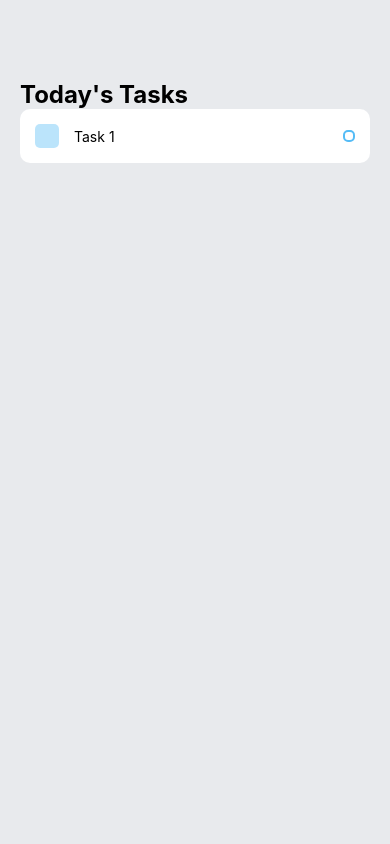
Repository: TakingJester766/React-Native-Example
Screen: /
An editor plug-in stored every save of this project. The screen is shown before and after the next save, followed by the edit.
The app was drawn by React Native's web renderer in a window 390 px wide. The project was rebuilt for these pictures with package versions that can differ from the ones it lists, and the page was loaded fresh each time.

Above is the screen before, as saved 2023-03-12 10:37:40.

After the next save:
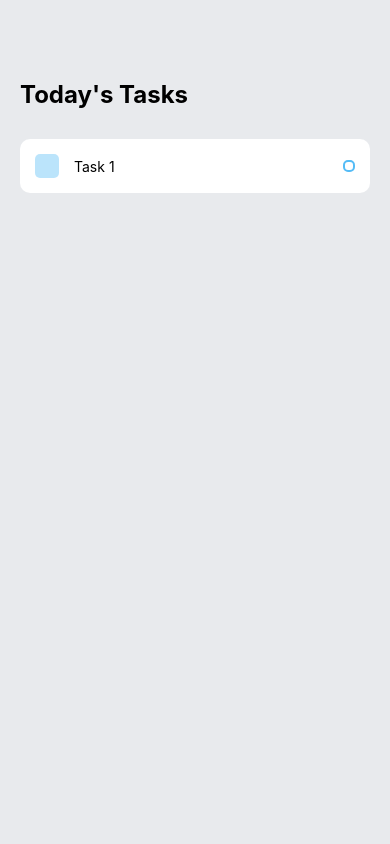
Saved 88 s later.
--- a/App.js
+++ b/App.js
@@ -35,5 +35,7 @@ const styles = StyleSheet.create({
     fontSize: 24,
     fontWeight: 'bold',
   },
-  items: {},
+  items: {
+    marginTop: 30,
+  },
 });
